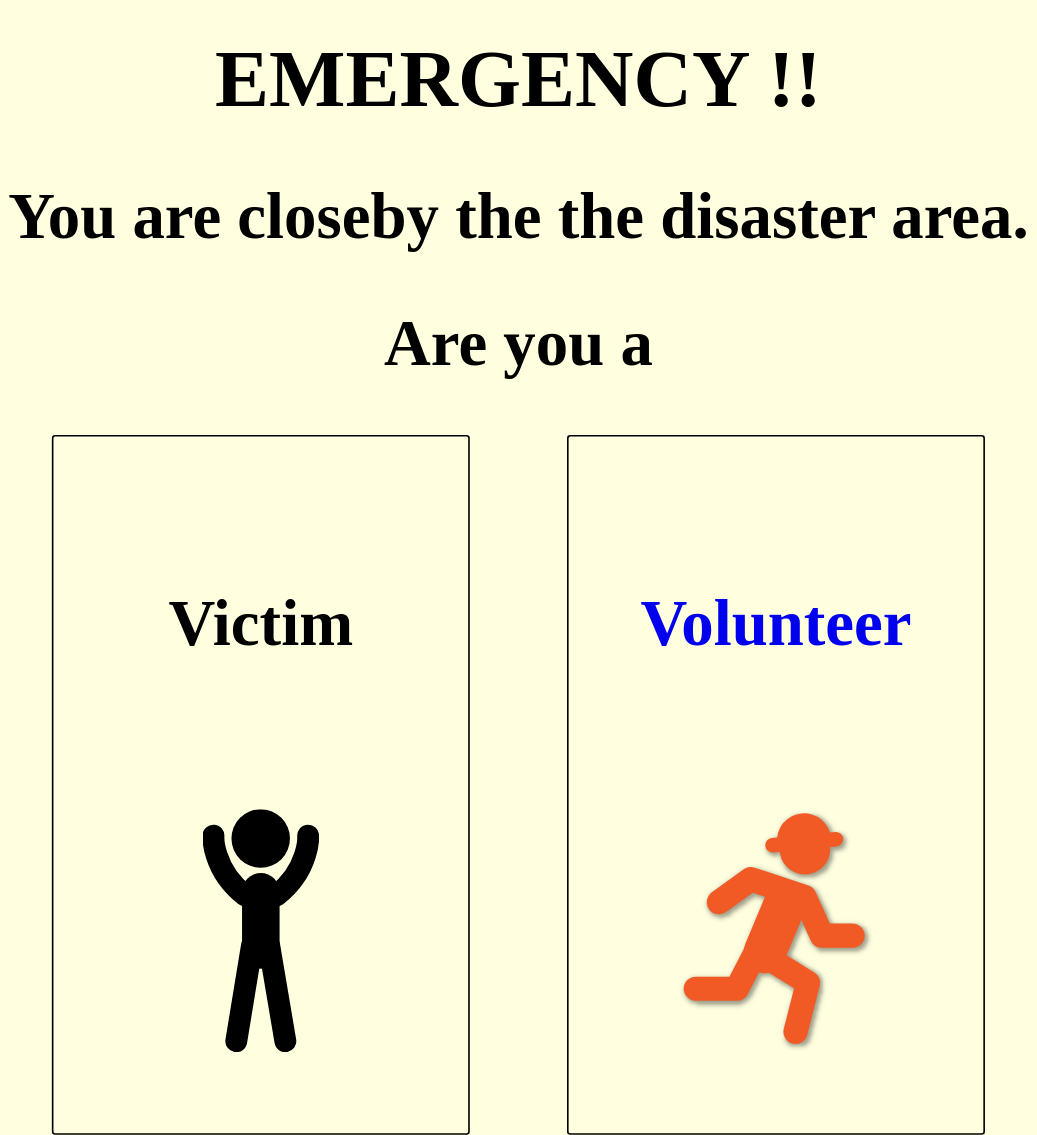
Repository: KittichoteKamalapirat/EMS-management-system
Page: http://localhost/
The author's editor kept a record of every edit. The page is drawn from the files as they stood at one moment, then again after the next edit.
The browser window is 1280 px wide. The pictures show the whole page, at 81% of full size.
Some web libraries are served in a nearby version. The page is served by the project's Node server (server.js).

Above is the page before.
Console error: ReferenceError: $ is not defined

### index.html
<!DOCTYPE>
<!DOCTYPE html>
<html>
<head>
    <meta charset = "utf-8">
    <link rel = "stylesheet" href="/css/index.css" type="text/css" />
    <script src="https://use.fontawesome.com/804afe4c6e.js"></script>

    <!--<link rel = "stylesheet" href="/css/hamburger.css" type="text/css" />-->
    <!--<script src="https://ajax.googleapis.com/ajax/libs/jquery/3.3.1/jquery.min.js"></script>-->


</head>

<body>
    <header class = "head-list">
        <h1 class = "head-tag">EMERGENCY !!</h1>

        <h2 class = "head-tag">You are closeby the the disaster area.</h2>
        <h2 class = "head-tag">Are you a</h2>


    </header>
    <div class = "splet-boxes">
    <div class="left-box">
        <p>Victim</p>
        <img class='people' src="/images/victim.svg"></img>
    </div>

    <a href="/skills"><div class="right-box">

        <p>Volunteer</p>
        <img class='people' src="/images/responder.svg"></img>
    </div>
    </a>
    </div>

    <script src='/javascript/index.js'></script>

</body>

</html>

### server.js
const express = require('express')
const path = require('path')
const app = express();
const PORT = process.env.PORT || 8080;

app.use(express.static('public'))

// render map
app.get('/map',(req,res) => res.sendFile(__dirname + '/map.html'))

app.get('/',(req,res) => res.sendFile(__dirname + '/index.html'))

app.get('/skills',(req,res) => res.sendFile(__dirname + '/skills.html'))

// app.get('/loading',(req,res) => res.sendFile(__dirname + '/loading.html'))


app.get('/loading',(req,res) => {
    res.sendFile(__dirname + '/loading.html')
})


app.get('/approve',(req,res) => res.sendFile(__dirname + '/approve.html'))






app.listen(PORT, () => console.log('Server Started...'));

### public/css/index.css
body {
  background: #FFFFE0;
}

  /* Always set the map height explicitly to define the size of the div
       * element that contains the map. */
      #map {
        height: 100%;
      }
      /* Optional: Makes the sample page fill the window. */
      html, body {
        height: 100%;
        margin: 0;
        padding: 0;
      }


/*modal box*/

.head-tag{
  margin-top: 40px;
}
.bg-modal {
  width:100%;
  height: 100%;
  background-color: rgba(0, 0, 0, 0.8);
  position: absolute;
  top: 0;
  display: none;
  justify-content: center;
  align-items: center; }


.bg-modal .close {
  position: absolute;
  font-size: 3rem;
　right: 1rem;
  top: 0, 5rem;
  transform: rotate(45deg);
  cursor: pointer; }


.box{
  display: grid¥;
  justify-content: center;
  margin: 0 auto;
  padding: 5rem;
  width: 50%;
  background-color: white;
  position: relative;
 }

 /*html1について*/
.header {
  height: 100px;
  width:100%;

}
.splet-boxes {
  margin-top: 40px;
}

.left-box {
  margin-left:5%;
  font-size: 80px;
  float: left;
  width:40%;
  text-align: center;
  cursor: pointer;
  line-height: 300px;
  border-radius: 4px;
  border: 2px solid black;
}
p {
  font-weight: bold;

}

.right-box {
  margin-right:5%;
  font-size: 80px;
  float: right;
  width:40%;
  text-align: center;
  line-height: 300px;
  cursor: pointer;
  border-radius: 4px;
  border: 2px solid black;
}
.left-box:hover {
  background: #FF0000;
  opacity: 0.7;

}
.right-box:hover {
  background: #66FF99;
  opacity: 0.7;
}


/*html２について*/
.select-skill {
  font-size: 100px;
  text-align: center;
  font-weight: bold;
  margin-top: 100px;
}
li > input {
  position:relative;
   width: 50px;
   height:50px;
  float: left;
  margin: 50px 40px 0 20px;
  transform:scale(1.5);
}

.scrollWrap {
  width: 100%;
  margin: 0px auto;
  overflow: auto;
}
.scrollContent ul {
  margin-top: 50px;
  list-style: none;
  background: white;
  padding: 0;
  position: relative;
}
.scrollContent ul li {
  margin-bottom: 30px;
  font-size: 30px;
  height: 150px;
  line-height: 150px;
  border:1px solid black;
  border-left: solid 6px #2d8fdd;
  position: relative;
}
.selected {
  background: #FFDDFF;
  opacity: 0.5;
}
/*スクロールバーの幅*/
::-webkit-scrollbar {
    width: 6px;
}
/*スクロールバーのレール*/
::-webkit-scrollbar-track {
  border-radius: 30px;
  background: #eee;
}
/*スクロールバーのつまみ*/
::-webkit-scrollbar-thumb {
  border-radius: 30px;
  background: #81D4FA;
}

a {
  text-decoration: none;
}

#decide {
  margin:100px auto 100px;
  font-size: 60px;
  width: 600px;
  padding: 20px 60px 30px 60px;
  text-align: center;
  display: block;
  color: white;
  background: rgb(34,181,115);
　font-size: 70px;
　border-radius: 20px;
　text-align: center;
　line-height: 100px;
}


/*html3について*/


h1 {
  text-align: center;
  font-size: 100px;
}


h2 {
  text-align: center;
  font-size: 80px;
}


h3 {
  text-align: center;
  font-size: 50px;
}


.loading {
  margin-top: 300px;
}

.icon {
  margin: 0 auto;
  width: 100%;
  text-align: center;
  font-size: 100px;
  transition: .4s;
}
.wait {
  margin-top: 200px;
}
.thanks {
  margin: 0 auto;
  width: 100%;
  text-align: center;
  font-size: 100px;
}

.container{
    margin: 0 auto;
    text-align:center;
}
.can {
  margin-top: 300px;
}

#loading{
    margin: 0 auto;
    display: block;
    width: 400px;
}
.fa-check-circle:before {
  color: rgb(34,181,115);
}

.go {
  margin:350px auto 100px;
  text-decoration: none;
  text-align: center;
  font-size: 50px;
  border:1px solid black;
  border-radius: 5px;
  display: block;
  color:white;
  background: rgb(34,181,115);
  width:600px;
  height: 100px;
  line-height: 100px;
}


/*direction button for map page*/

#map{
  position: fixed;
  z-index:0;
}
.direction-button{
  font-size: 20px;
  position: relative;
  color: white;
  bottom: 60px;
  left: 20px;
  z-index:10;
  padding: 10px 20px;
  border-radius: 5px;
  background-color: rgb(0,113,188);
  box-shadow: 5px 5px 5px rgba(0, 0, 0, .5);
}

.people{
  height: 300px;
  margin-bottom: 100px;
}

### public/images/victim.svg
<svg xmlns="http://www.w3.org/2000/svg" viewBox="0 0 74.54 155"><defs><style>.cls-1,.cls-2{fill:none;stroke:#000;stroke-linecap:round;stroke-linejoin:round;}.cls-1{stroke-width:24px;}.cls-2{stroke-width:14px;}</style></defs><title>Asset 2</title><g id="Layer_2" data-name="Layer 2"><g id="Layer_1-2" data-name="Layer 1"><circle cx="37.2" cy="18.69" r="18.69"/><line class="cls-1" x1="37.27" y1="52.73" x2="37.27" y2="89.72"/><path class="cls-2" d="M7,16.87S5.89,38.16,27.18,55"/><line class="cls-2" x1="31.62" y1="87" x2="21.58" y2="148"/><path class="cls-2" d="M67.53,16.87S68.65,38.16,47.36,55"/><line class="cls-2" x1="42.62" y1="87" x2="52.96" y2="148"/></g></g></svg>

### public/images/responder.svg
<svg xmlns="http://www.w3.org/2000/svg" xmlns:xlink="http://www.w3.org/1999/xlink" viewBox="0 0 95 118"><defs><style>.cls-1{isolation:isolate;}.cls-2{opacity:0.38;mix-blend-mode:multiply;}.cls-3{fill:#f15a24;}</style></defs><title>Asset 7</title><g class="cls-1"><g id="Layer_2" data-name="Layer 2"><g id="Layer_1-2" data-name="Layer 1"><image class="cls-2" width="95" height="118" xlink:href="data:[embedded picture, 5506 characters]"/><circle class="cls-3" cx="61.52" cy="19.45" r="12.27"/><rect class="cls-3" x="42.26" y="12.49" width="37.87" height="7.1" rx="3.55" transform="translate(-1.25 5.9) rotate(-5.47)"/><path class="cls-3" d="M74.13,13.85l.09.94-26.07,2.5-.09-.95a13.09,13.09,0,1,1,26.07-2.49Z"/><path class="cls-3" d="M84.6,67.33H69.76a5.93,5.93,0,0,1-5.39-3.47L57,47.54h0l-20.74-7h0l-13,9.36a5.89,5.89,0,0,1-8.31-1.47,6.06,6.06,0,0,1,1.66-8.24l15.25-11a5.93,5.93,0,0,1,5.33-.81l26,8.73a5.93,5.93,0,0,1,3.5,3.16l6.9,15.2,0,0H84.33a6.05,6.05,0,0,1,6.15,5.73A5.88,5.88,0,0,1,84.6,67.33Z"/><path class="cls-3" d="M57,114a6,6,0,0,1-1.45-.18,5.89,5.89,0,0,1-4.26-7.16l5-19.66s0,0,0,0l-17-10.55A6.07,6.07,0,0,1,37,68.31a5.89,5.89,0,0,1,8.19-2l20.91,13a5.9,5.9,0,0,1,2.61,6.48l-6.06,23.84A5.88,5.88,0,0,1,57,114Z"/><path class="cls-3" d="M42.11,79.7A10.42,10.42,0,0,1,37,78.33a10.53,10.53,0,0,1-4.24-13.21l9.13-21.88a10.53,10.53,0,0,1,12.74-6.16A10.3,10.3,0,0,1,61,50.87L51.62,73.36A10.3,10.3,0,0,1,42.11,79.7Z"/><path class="cls-3" d="M28.52,93.07H8.93a6.06,6.06,0,0,1-6.16-5.73,5.88,5.88,0,0,1,5.88-6H24.94a0,0,0,0,0,0,0L34.4,63.05a5.88,5.88,0,1,1,10.45,5.41L33.77,89.88A5.92,5.92,0,0,1,28.52,93.07Z"/></g></g></g></svg>

### public/javascript/index.js
// turn 3 stripes to X
$("#hamburger").click(function(){
  $("#hamburger").toggleClass("is-active")
});

// toggle nav bar
$("#hamburger").click(function(){
  $("ul").toggleClass("active")
});

// $("#hamburger").click(function(){
//   $(".backtohome").toggleClass("not-active")
// });

After the next edit:
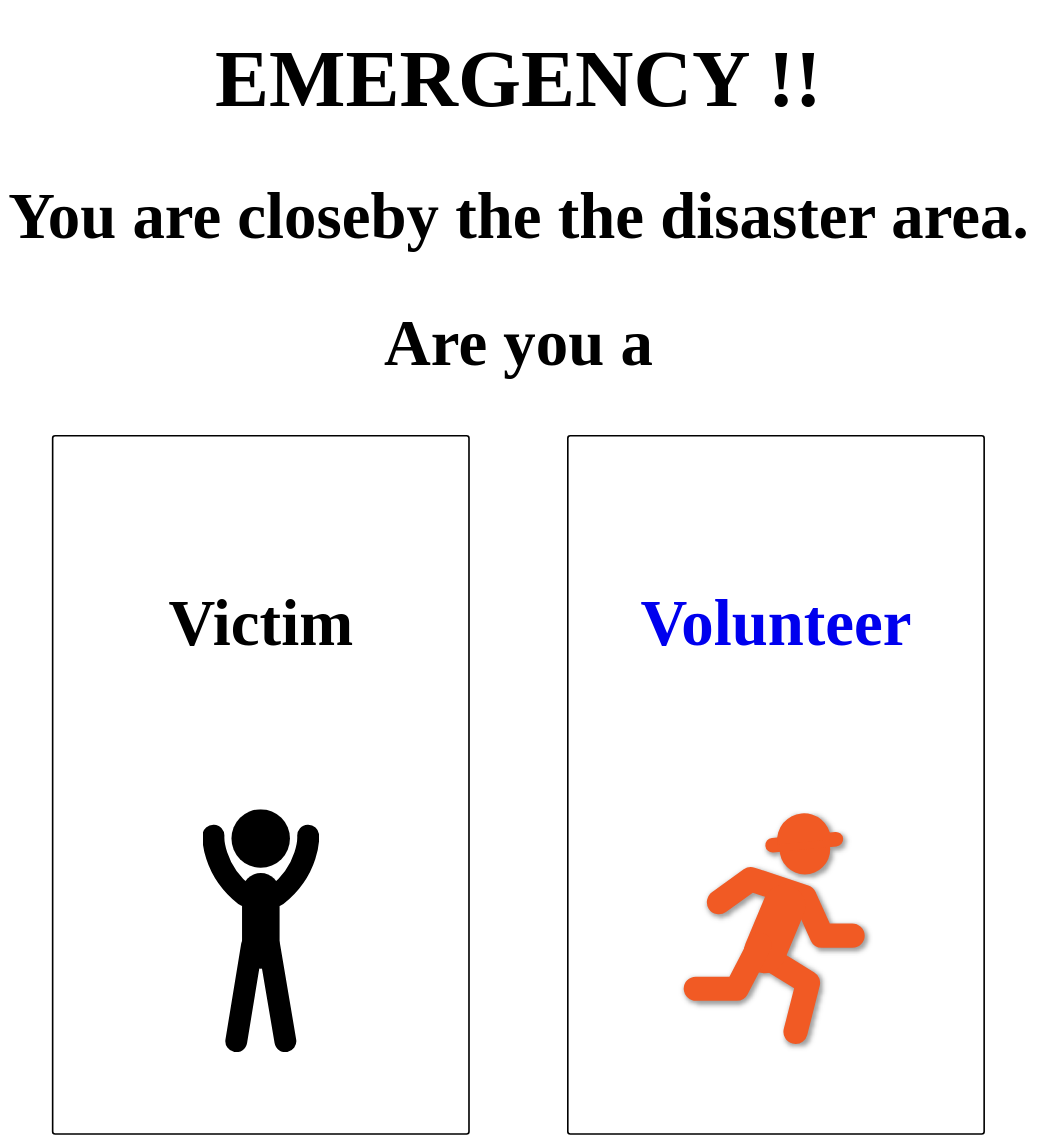
The edit:
--- a/public/css/index.css
+++ b/public/css/index.css
@@ -1,5 +1,5 @@
 body {
-  background: #FFFFE0;
+  background:white;
 }
 
   /* Always set the map height explicitly to define the size of the div
